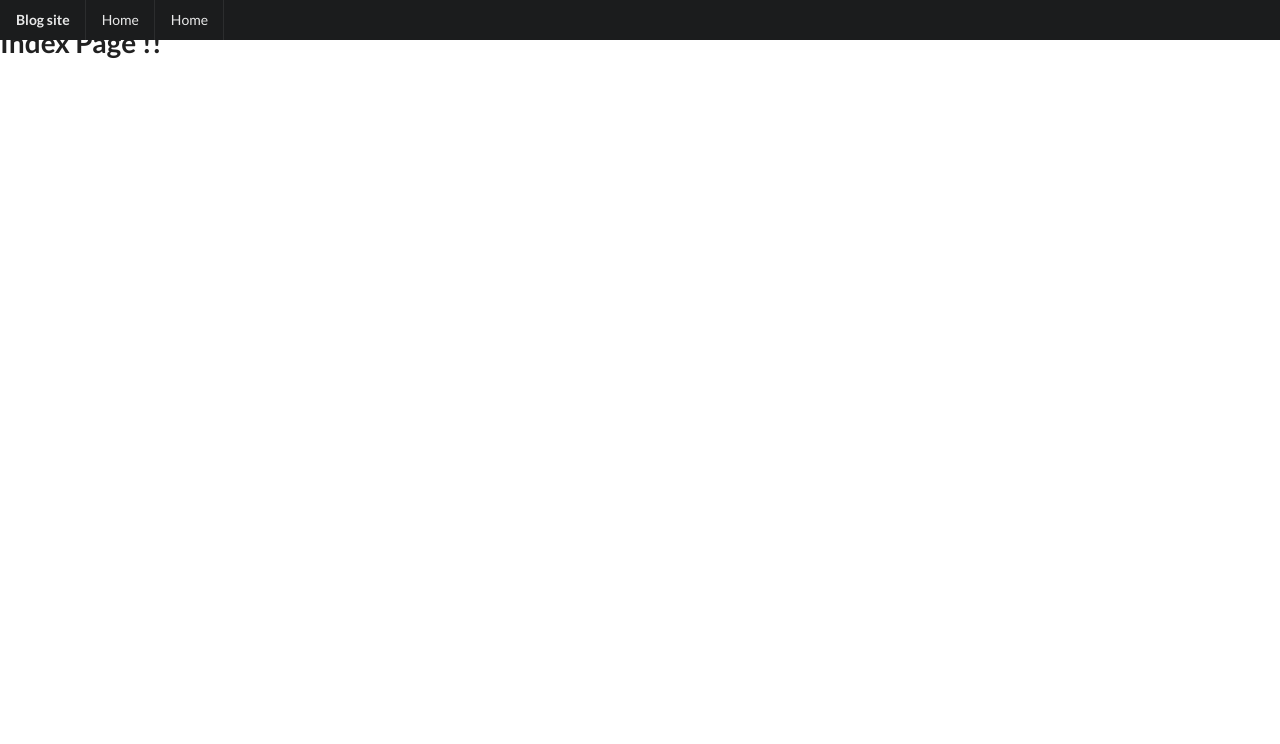
Repository: Kushagrakmr/c9backup
Page: http://localhost/blogs
The author's editor kept a record of every edit. The page is drawn from the files as they stood at one moment, then again after the next edit.
The browser window is 1280 px wide. The pictures show the whole page.
Some web libraries are served in a nearby version. The page is served by the project's Node server (RESTfulBlogApp/app.js). Queries for data that is not in the repository find no rows.

Above is the page before.

After the next edit:
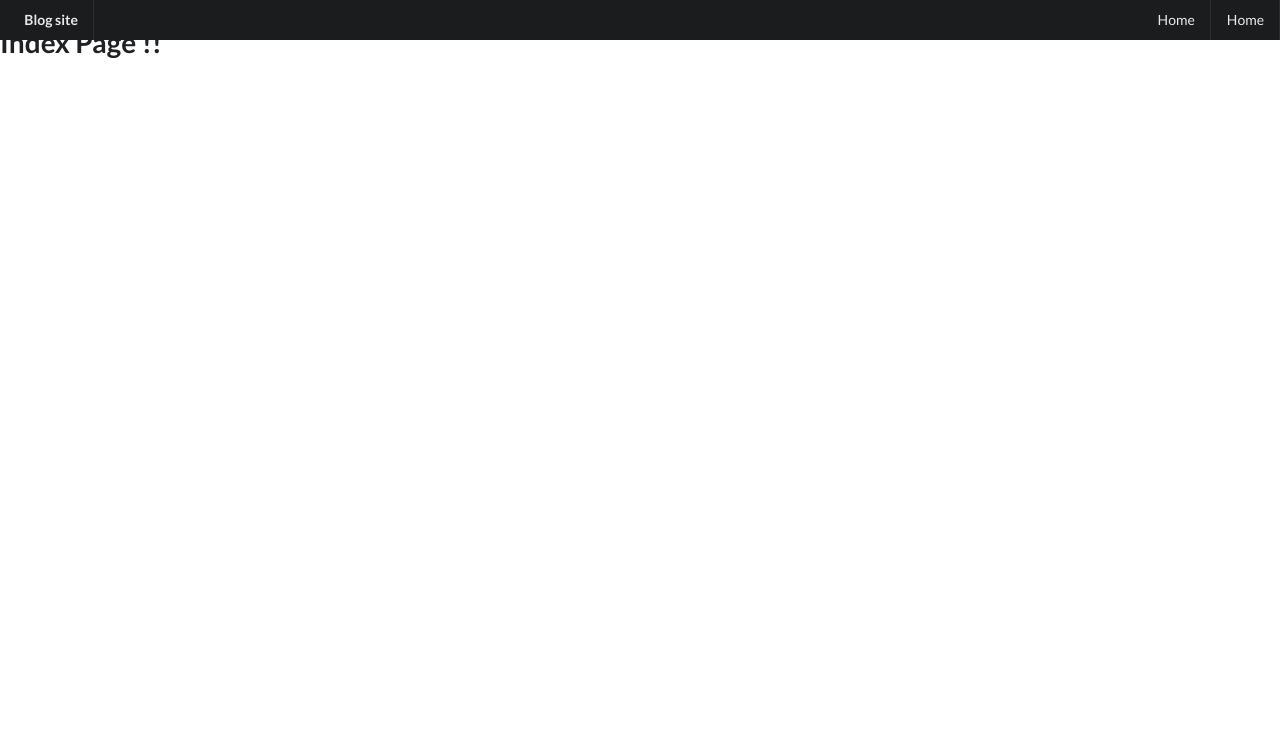
The edit:
--- a/RESTfulBlogApp/views/partials/header.ejs
+++ b/RESTfulBlogApp/views/partials/header.ejs
@@ -5,7 +5,7 @@
     </head>
     <body>
        <div class = "ui fixed inverted menu">
-           <div class = "ui cnatner">
+           <div class = "ui container">
                <div class = "header item">Blog site</div>
            </div>
            <a href="/" class = "item">Home</a>
